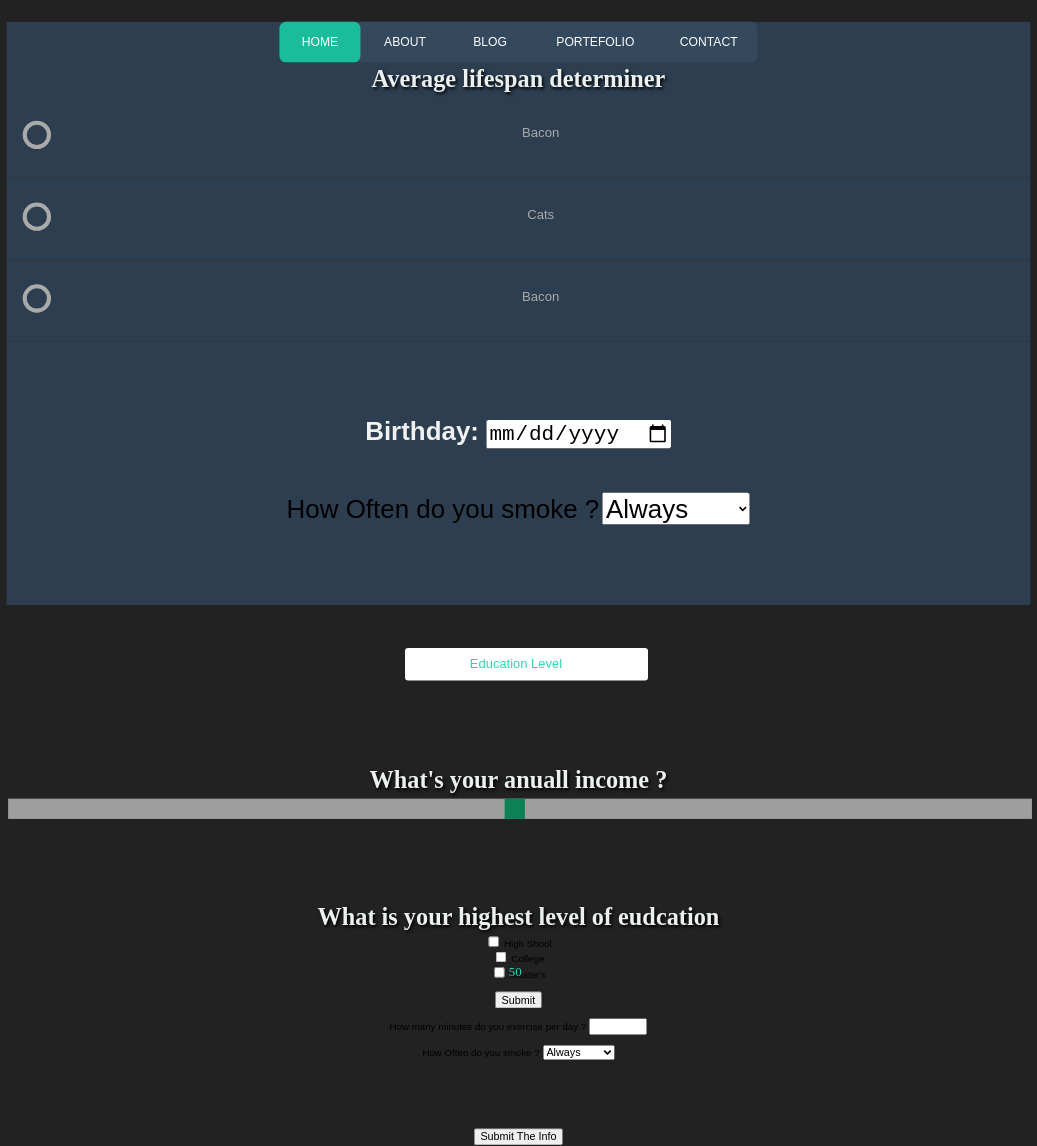
Repository: navid-amini12/capstone-1
Page: wordgame.html
These files come from the project's save history. The page is drawn as it stood at one moment and after the next save; the edit follows.
The browser window is 1280 px wide. The pictures show the whole page, at 81% of full size.

Above is the page before, as saved 2022-06-02 10:32:04.

### wordgame.html


  <link rel="stylesheet" type="text/css" href="Life.css">






<!-- NAVATION STARTING  -->

<nav class ="mynavigation">
  <a href="#">Home</a>
  <a href="#">About</a>
  <a href="#">Blog</a>
  <a href="#">Portefolio</a>
  <a href="#">Contact</a>
  <div class="animation start-home"></div>
</nav>
  <!-- NAVIGATION ENDING -->
    <h1>Average lifespan determiner</h1>









      <div class = "container90">

          <ul>
          <li>
            <input type="radio" id="s-option" name="selector">
            <label for="s-option">Bacon</label>

            <div class="check"><div class="inside"></div></div>
          </li>

          <li>
            <input type="radio" id="t-option" name="selector">
            <label for="t-option">Cats</label>

            <div class="check"><div class="inside"></div></div>
          </li>

          <li>
            <input type="radio" id="s-option" name="selector">
            <label for="s-option">Bacon</label>

            <div class="check"><div class="inside"></div></div>
          </li>
        </ul>
   </div>



   <br> <br> <br>


  <div class = "left"><form action="/action_page.php">
    <label style=" color: #f1f1f1; font-weight: bold; font-size: xx-large;" for="birthday">Birthday: </label>
    <input style = "font-size: xx-large" ;  type="date" id="birthday" name="birthday">

  </form>
 <br> <br> <br>
<label style = "font-size: xx-large" ;   for="cars">How Often do you smoke ?</label>

<select style = "font-size: xx-large" ;    id="questions">
<option value="volvo">Always</option>
<option value="saab">Often</option>
<option value="opel">Sometimes</option>
<option value="audi">Rarely</option>
<option value="audi">Never</option>
</select>
<br><br><br><br><br>












<span class = "optiondesign">
  <form id="app-cover">
  <div id="select-box">
    <input type="checkbox" id="options-view-button">
    <div id="select-button" class="brd">
      <div id="selected-value">
        <span>Education Level</span>
      </div>
      <div id="chevrons">
        <i class="fas fa-chevron-up"></i>
        <i class="fas fa-chevron-down"></i>
      </div>
    </div>
    <div id="options">
      <div class="option">
        <input class="s-c top" type="radio" name="platform" value="codepen">
        <input class="s-c bottom" type="radio" name="platform" value="codepen">
        <i class="fab fa-codepen"></i>
        <span class="label">CodePen</span>
        <span class="opt-val">CodePen</span>
      </div>
      <div class="option">
        <input class="s-c top" type="radio" name="platform" value="dribbble">
        <input class="s-c bottom" type="radio" name="platform" value="dribbble">
        <i class="fab fa-dribbble"></i>
        <span class="label">Dribbble</span>
        <span class="opt-val">Dribbble</span>
      </div>
      <div class="option">
        <input class="s-c top" type="radio" name="platform" value="behance">
        <input class="s-c bottom" type="radio" name="platform" value="behance">
        <i class="fab fa-behance"></i>
        <span class="label">Behance</span>
        <span class="opt-val">Behance</span>
      </div>
      <div class="option">
        <input class="s-c top" type="radio" name="platform" value="hackerrank">
        <input class="s-c bottom" type="radio" name="platform" value="hackerrank">
        <i class="fab fa-hackerrank"></i>
        <span class="label">HackerRank</span>
        <span class="opt-val">HackerRank</span>
      </div>
      <div class="option">
        <input class="s-c top" type="radio" name="platform" value="stackoverflow">
        <input class="s-c bottom" type="radio" name="platform" value="stackoverflow">
        <i class="fab fa-stack-overflow"></i>
        <span class="label">StackOverflow</span>
        <span class="opt-val">StackOverflow</span>
      </div>
      <div class="option">
        <input class="s-c top" type="radio" name="platform" value="freecodecamp">
        <input class="s-c bottom" type="radio" name="platform" value="freecodecamp">
        <i class="fab fa-free-code-camp"></i>
        <span class="label">FreeCodeCamp</span>
        <span class="opt-val">FreeCodeCamp</span>
      </div>
      <div id="option-bg"></div>
    </div>
  </div>
</form>



</span>

















<br><br><br><br><br><br><br><br><br><br><br><br><br><br><br><br><br>
<h1>What's your anuall income ?</h1>

<div class="slidecontainer">
  <input type="range" min="1" max="100" value="50" class="slider" id="myRange">
  <p> <span id="demo"></span></p>
</div>

<br><br><br><br><br><br><br>


<h1>What is your highest level of eudcation</h1>

<form id = "checkbox1">
<input type="checkbox" id="vehicle1" name="vehicle1" value="Bike">
<label for="vehicle1"> High Shool</label><br>
<input type="checkbox" id="vehicle2" name="vehicle2" value="Car">
<label for="vehicle2"> College</label><br>
<input type="checkbox" id="vehicle3" name="vehicle3" value="Boat">
<label for="vehicle3"> Master's</label><br><br>
<input type="submit" value="Submit">
</form>

<form>
  <label for="quantity">How many minutes do you exercise per day ? </label>
  <input type="number" id="quantity" name="quantity" min="0" max="1000">
</form>




<label for="cars">How Often do you smoke ?</label>

<select id="myquestions">
<option value="always">Always</option>
<option value="often">Often</option>
<option value="sometimes">Sometimes</option>
<option value="rarely">Rarely</option>
<option value="never">Never</option>
</select>
<br>
<br>
<br>
<br>


<br>
<br>
<br>
<button id = "submitInfo">Submit The Info</button></div>





<!-- <input id = "submitInfo" type="button" value = "Submit Info" onclick="alert('Submitting INfo');" /></div> -->

  </div>



  <!-- <input id = "submitInfo" type="button" value = "Submit Info" onclick="alert('Submitting INfo');" /> -->


















  <body class="container">
    <ul id="people" class=""></ul>


    <script src="https://unpkg.com/axios/dist/axios.min.js"></script>
    <script>

      document.getElementById("submitInfo").onclick = function () {
        axios
          .get("http://localhost:4000/api/users")
          .then(function (response) {
            var e = document.getElementById("myquestions");
            var strUser = e.options[e.selectedIndex].text;


            var x = document.getElementById("vehicle1").value;





var slider = document.getElementById("myRange");
    var output = document.getElementById("demo");
    output.innerHTML = slider.value;

    slider.oninput = function() {
      output.innerHTML = this.value;
    }


     if (strUser == "Never") {

         alert(x)



       alert( document.getElementById("people").innerHTML = response.data[0] )

    }
          })


          .catch(function (err) {
            document.getElementById("people").innerHTML =
              '<li class="text-danger">' + err.message + "</li>";
          });
      };
    </script>




   <!-- starting js for slider value -->
   <script>
   var slider = document.getElementById("myRange");
    var output = document.getElementById("demo");
    output.innerHTML = slider.value;

    slider.oninput = function() {
      output.innerHTML = this.value;
    }
    </script>
   <!-- ending js for slider value  -->

### Life.css
#demo {
  position: relative;
  top : 525px;
  right: 12px;
}


/* starting of slider */

.slidecontainer {
  width: 100%;
}

.slider {
  -webkit-appearance: none;
  width: 100%;
  height: 25px;
  background: #d3d3d3;
  outline: none;
  opacity: 0.7;
  -webkit-transition: .2s;
  transition: opacity .2s;
}

.slider:hover {
  opacity: 1;
}

.slider::-webkit-slider-thumb {
  -webkit-appearance: none;
  appearance: none;
  width: 25px;
  height: 25px;
  background: #04AA6D;
  cursor: pointer;
}

.slider::-moz-range-thumb {
  width: 25px;
  height: 25px;
  background: #04AA6D;
  cursor: pointer;
}




/* ending of slider */

.optiondesign {



}


* {
  user-select: none;
}

*:focus {
  outline: none;
}

/* html,
body {
  height: 100%;
  min-height: 100%;
} */

/* body {
  font-family: "Segoe UI", Tahoma, Geneva, Verdana, sans-serif;
  padding-bottom: 100px;
  margin: 0;
  background-color: #ebf3f3;
} */

/* .brd {
  border: 1px solid #e2eded;
  border-color: #eaf1f1 #e4eded #dbe7e7 #e4eded;
} */

#info {
  position: absolute;
  top: 0;
  right: 0;
  left: 0;
  color: #2d3667;
  font-size: 16px;
  text-align: center;
  padding: 14px;
  background-color: #f3f9f9;
}

#app-cover {
  position: absolute;
  top: 700px;
  right: 0;
  left: 20px;
  width: 300px;
  height: 42px;
  margin: 100px auto 0 auto;
  z-index: 1;
}

#select-button {
  position: relative;
  height: 16px;
  padding: 12px 14px;
  background-color: #fff;
  border-radius: 4px;
  cursor: pointer;
}

#options-view-button {
  position: absolute;
  top: 0;
  right: 0;
  bottom: 0;
  left: 0;
  width: 100%;
  height: 100%;
  margin: 0;
  opacity: 0;
  cursor: pointer;
  z-index: 3;
}

#selected-value {
  font-size: 16px;
  line-height: 1;
  margin-right: 26px;
}

.option i {
  width: 16px;
  height: 16px;
}

.option,
.label {
  color: #2d3667;
  font-size: 16px;
}

#chevrons {
  position: absolute;
  top: 0;
  right: 0;
  bottom: 0;
  width: 12px;
  padding: 9px 14px;
}

#chevrons i {
  display: block;
  height: 50%;
  color: #d1dede;
  font-size: 12px;
  text-align: right;
}

#options-view-button:checked + #select-button #chevrons i {
  color: #2d3667;
}

.options {
  position: absolute;
  left: 0;
  width: 250px;
}

#options {
  position: absolute;
  top: 42px;
  right: 0;
  left: 0;
  width: 298px;
  margin: 0 auto;
  background-color: #fff;
  border-radius: 4px;
}

#options-view-button:checked ~ #options {
  border: 1px solid #e2eded;
  border-color: #eaf1f1 #e4eded #dbe7e7 #e4eded;
}

.option {
  position: relative;
  line-height: 1;
  transition: 0.3s ease all;
  z-index: 2;
}

.option i {
  position: absolute;
  left: 14px;
  padding: 0;
  display: none;
}

#options-view-button:checked ~ #options .option i {
  display: block;
  padding: 12px 0;
}

.label {
  display: none;
  padding: 0;
  margin-left: 27px;
}

#options-view-button:checked ~ #options .label {
  display: block;
  padding: 12px 14px;
}

.s-c {
  position: absolute;
  left: 0;
  width: 100%;
  height: 50%;
}

.s-c.top {
  top: 0;
}

.s-c.bottom {
  bottom: 0;
}

input[type="radio"] {
  position: absolute;
  right: 0;
  left: 0;
  width: 100%;
  height: 50%;
  margin: 0;
  opacity: 0;
  cursor: pointer;
}

.s-c:hover ~ i {
  color: #fff;
  opacity: 0;
}

.s-c:hover {
  height: 100%;
  z-index: 1;
}

.s-c.bottom:hover + i {
  bottom: -25px;
  animation: moveup 0.3s ease 0.1s forwards;
}

.s-c.top:hover ~ i {
  top: -25px;
  animation: movedown 0.3s ease 0.1s forwards;
}

@keyframes moveup {
  0% {
    bottom: -25px;
    opacity: 0;
  }
  100% {
    bottom: 0;
    opacity: 1;
  }
}

@keyframes movedown {
  0% {
    top: -25px;
    opacity: 0;
  }
  100% {
    top: 0;
    opacity: 1;
  }
}

.label {
  transition: 0.3s ease all;
}

.opt-val {
  position: absolute;
  left: 14px;
  width: 217px;
  height: 21px;
  opacity: 0;
  background-color: #fff;
  transform: scale(0);
}

.option input[type="radio"]:checked ~ .opt-val {
  opacity: 1;
  transform: scale(1);
}

.option input[type="radio"]:checked ~ i {
  top: 0;
  bottom: auto;
  opacity: 1;
  animation: unset;
}

.option input[type="radio"]:checked ~ i,
.option input[type="radio"]:checked ~ .label {
  color: #fff;
}

.option input[type="radio"]:checked ~ .label:before {
  content: "";
  position: absolute;
  top: 0;
  right: 0;
  bottom: 0;
  left: 0;
  z-index: -1;
}

#options-view-button:not(:checked)
  ~ #options
  .option
  input[type="radio"]:checked
  ~ .opt-val {
  top: -30px;
}

.option:nth-child(1) input[type="radio"]:checked ~ .label:before {
  background-color: #000;
  border-radius: 4px 4px 0 0;
}

.option:nth-child(1) input[type="radio"]:checked ~ .opt-val {
  top: -31px;
}

.option:nth-child(2) input[type="radio"]:checked ~ .label:before {
  background-color: #ea4c89;
}

.option:nth-child(2) input[type="radio"]:checked ~ .opt-val {
  top: -71px;
}

.option:nth-child(3) input[type="radio"]:checked ~ .label:before {
  background-color: #0057ff;
}

.option:nth-child(3) input[type="radio"]:checked ~ .opt-val {
  top: -111px;
}

.option:nth-child(4) input[type="radio"]:checked ~ .label:before {
  background-color: #32c766;
}

.option:nth-child(4) input[type="radio"]:checked ~ .opt-val {
  top: -151px;
}

.option:nth-child(5) input[type="radio"]:checked ~ .label:before {
  background-color: #f48024;
}

.option:nth-child(5) input[type="radio"]:checked ~ .opt-val {
  top: -191px;
}

.option:nth-child(6) input[type="radio"]:checked ~ .label:before {
  background-color: #006400;
  border-radius: 0 0 4px 4px;
}

.option:nth-child(6) input[type="radio"]:checked ~ .opt-val {
  top: -231px;
}

.option .fa-codepen {
  color: #000;
}

.option .fa-dribbble {
  color: #ea4c89;
}

.option .fa-behance {
  color: #0057ff;
}

.option .fa-hackerrank {
  color: #32c766;
}

.option .fa-stack-overflow {
  color: #f48024;
}

.option .fa-free-code-camp {
  color: #006400;
}

#option-bg {
  position: absolute;
  top: 0;
  right: 0;
  left: 0;
  height: 40px;
  transition: 0.3s ease all;
  z-index: 1;
  display: none;
}

#options-view-button:checked ~ #options #option-bg {
  display: block;
}

.option:hover .label {
  color: #fff;
}

.option:nth-child(1):hover ~ #option-bg {
  top: 0;
  background-color: #000;
  border-radius: 4px 4px 0 0;
}

.option:nth-child(2):hover ~ #option-bg {
  top: 40px;
  background-color: #ea4c89;
}

.option:nth-child(3):hover ~ #option-bg {
  top: 80px;
  background-color: #0057ff;
}

.option:nth-child(4):hover ~ #option-bg {
  top: 120px;
  background-color: #32c766;
}

.option:nth-child(5):hover ~ #option-bg {
  top: 160px;
  background-color: #f48024;
}

.option:nth-child(6):hover ~ #option-bg {
  top: 200px;
  background-color: #006400;
  border-radius: 0 0 4px 4px;
}







@import url('https://fonts.googleapis.com/css?family=Lato');

body, html{
  height: 100%;
  background: #222222;
	font-family: 'Lato', sans-serif;
}

.container90{
 text-align: center;
}

h2 {
	color: #AAAAAA;
}

.container ul{
  list-style: none;
  margin: 0;
  padding: 0;
	overflow: auto;
}

ul li{
  color: #AAAAAA;
  display: block;
  position: relative;
  float: left;
  width: 100%;
  height: 100px;
	border-bottom: 1px solid #333;
}

ul li input[type=radio]{
  position: absolute;
  visibility: hidden;
}

ul li label{
  display: block;
  position: relative;
  font-weight: 300;
  font-size: 1.35em;
  padding: 25px 25px 25px 80px;
  margin: 10px auto;
  height: 30px;
  z-index: 9;
  cursor: pointer;
  -webkit-transition: all 0.25s linear;
}

ul li:hover label{
	color: #FFFFFF;
}

ul li .check{
  display: block;
  position: absolute;
  border: 5px solid #AAAAAA;
  border-radius: 100%;
  height: 25px;
  width: 25px;
  top: 30px;
  left: 20px;
	z-index: 5;
	transition: border .25s linear;
	-webkit-transition: border .25s linear;
}

ul li:hover .check {
  border: 5px solid #FFFFFF;
}

ul li .check::before {
  display: block;
  position: absolute;
	content: '';
  border-radius: 100%;
  height: 15px;
  width: 15px;
  top: 5px;
	left: 5px;
  margin: auto;
	transition: background 0.25s linear;
	-webkit-transition: background 0.25s linear;
}

input[type=radio]:checked ~ .check {
  border: 5px solid #0DFF92;
}

input[type=radio]:checked ~ .check::before{
  background: #0DFF92;
}

input[type=radio]:checked ~ label{
  color: #0DFF92;
}

.signature {
	margin: 10px auto;
	padding: 10px 0;
	width: 100%;
}

.signature p{
	text-align: center;
	font-family: Helvetica, Arial, Sans-Serif;
	font-size: 0.85em;
	color: #AAAAAA;
}

.signature .much-heart{
	display: inline-block;
	position: relative;
	margin: 0 4px;
	height: 10px;
	width: 10px;
	background: #AC1D3F;
	border-radius: 4px;
	-ms-transform: rotate(45deg);
    -webkit-transform: rotate(45deg);
    transform: rotate(45deg);
}

.signature .much-heart::before,
.signature .much-heart::after {
	  display: block;
  content: '';
  position: absolute;
  margin: auto;
  height: 10px;
  width: 10px;
  border-radius: 5px;
  background: #AC1D3F;
  top: -4px;
}

.signature .much-heart::after {
	bottom: 0;
	top: auto;
	left: -4px;
}

.signature a {
	color: #AAAAAA;
	text-decoration: none;
	font-weight: bold;
}


/* Styles for alert...
by the way it is so weird when you look at your code a couple of years after you wrote it XD */

.alert {
	box-sizing: border-box;
	background-color: #BDFFE1;
	width: 100%;
	position: relative;
	top: 0;
	left: 0;
	z-index: 300;
	padding: 20px 40px;
	color: #333;
}

.alert h2 {
	font-size: 22px;
	color: #232323;
	margin-top: 0;
}

.alert p {
	line-height: 1.6em;
	font-size:18px;
}

.alert a {
	color: #232323;
	font-weight: bold;
}






/* startin of navtation css */

.left {
  margin-top: 50px;
  text-align: center;
}






nav {
  margin: 27px auto 0;

  position: relative;
  width: 590px;
  height: 50px;
  background-color: #34495e;
  border-radius: 8px;
  font-size: 0;
}
nav a {
  line-height: 50px;
  height: 100%;
  font-size: 15px;
  display: inline-block;
  position: relative;
  z-index: 1;
  text-decoration: none;
  text-transform: uppercase;
  text-align: center;
  color: white;
  cursor: pointer;
}
nav .animation {
  position: absolute;
  height: 100%;
  top: 0;
  z-index: 0;
  transition: all .5s ease 0s;
  border-radius: 8px;
}
a:nth-child(1) {
  width: 100px;
}
a:nth-child(2) {
  width: 110px;
}
a:nth-child(3) {
  width: 100px;
}
a:nth-child(4) {
  width: 160px;
}
a:nth-child(5) {
  width: 120px;
}
nav .start-home, a:nth-child(1):hover~.animation {
  width: 100px;
  left: 0;
  background-color: #1abc9c;
}
nav .start-about, a:nth-child(2):hover~.animation {
  width: 110px;
  left: 100px;
  background-color: #e74c3c;
}
nav .start-blog, a:nth-child(3):hover~.animation {
  width: 100px;
  left: 210px;
  background-color: #3498db;
}
nav .start-portefolio, a:nth-child(4):hover~.animation {
  width: 160px;
  left: 310px;
  background-color: #9b59b6;
}
nav .start-contact, a:nth-child(5):hover~.animation {
  width: 120px;
  left: 470px;
  background-color: #e67e22;
}

body {
  font-size: 12px;
  font-family: sans-serif;
  background: #2c3e50;
}
h1 {
  text-align: center;
  margin: 40px 0 40px;
  text-align: center;
  font-size: 30px;
  color: #ecf0f1;
  text-shadow: 2px 2px 4px #000000;
  font-family: 'Cherry Swash', cursive;
}

p {
    position: absolute;
    bottom: 20px;
    width: 100%;
    text-align: center;
    color: #ecf0f1;
    font-family: 'Cherry Swash',cursive;
    font-size: 16px;
}

span {
    color: #2BD6B4;
}




/* Navigation  */

/*
@import url('https://fonts.googleapis.com/css?family=Lobster&display=swap') repeat scroll 0 0 rgba(0, 0, 0 , 0);

body {
  background: #fff;
}

.title {
  font-size: 2.5rem;
  font-family: 'Lobster', cursive;
}

.container {
  animation: scroll 70s linear infinite;
  background: url("https://images.unsplash.com/photo-1465146633011-14f8e0781093?ixlib=rb-1.2.1&ixid=eyJhcHBfaWQiOjEyMDd9&auto=format&fit=crop&w=3450&q=80"), #111111;
  color: #eee;
  height: 100vh;
  min-width: 360px;
  width: 100%;
  display: flex;
  justify-content: center;
  align-items: center;
  perspective: 1000px;
  perspective-origin: 50% 50%;

}

@keyframes scroll {
   100%{
    background-position:0px -3000px;
  }
}

@media (prefers-reduced-motion) {
  .container {
    animation: scroll 200s linear infinite;
  }
}

@media (min-width: 670px) {
  .title {
    font-size: 5rem;
  }
}

#modalContainer {
  background-color:rgba(0, 0, 0, 0.3);
  position:absolute;
  top:0;
  width:100%;
  height:100%;
  left:0px;
  z-index:10000;
  background-image:url(tp.png); /* required by MSIE to prevent actions on lower z-index elements */
}

#alertBox {
  position:relative;
  width:33%;
  min-height:20%;
  max-height:35%;
  margin-top:50px;
  border:1px solid #fff;
  background-color:#fff;
  background-repeat:no-repeat;
  top:30%;
}

#modalContainer > #alertBox {
  position:fixed;
}

#alertBox h1 {
  margin:0;
  font:bold 1em Raleway,arial;
  background-color:#f97352;
  color:#FFF;
  border-bottom:1px solid #f97352;
  padding:10px 0 10px 5px;
}


#alertBox #closeBtn {
  display:block;
  position:relative;
  margin:100px auto 100px auto;
  padding:7px;
  border:0 none;
  width:70px;
  text-transform:uppercase;
  text-align:center;
  color:#FFF;
  background-color:#f97352;
  border-radius: 0px;
  text-decoration:none;
  outline:0!important;
}

/* unrelated styles */

#mContainer {
  position:relative;
  width:600px;
  margin:auto;
  padding:5px;
  border-top:2px solid #fff;
  border-bottom:2px solid #fff;
}

h1,h2 {
  margin:0;
  padding:4px;
}

code {
  font-size:1.2em;
  color:#069;
}

#credits {
  position:relative;
  margin:25px auto 0px auto;
  width:350px;
  font:0.7em verdana;
  border-top:1px solid #000;
  border-bottom:1px solid #000;
  height:90px;
  padding-top:4px;
}

#credits img {
  float:left;
  margin:5px 10px 5px 0px;
  border:1px solid #000000;
  width:80px;
  height:79px;
}

.important {
  background-color:#F5FCC8;
  padding:2px;

}

@media (max-width: 600px)
{
  #alertBox {
  position:relative;
  width:90%;
  top:30%;
}


 */

After the next save:
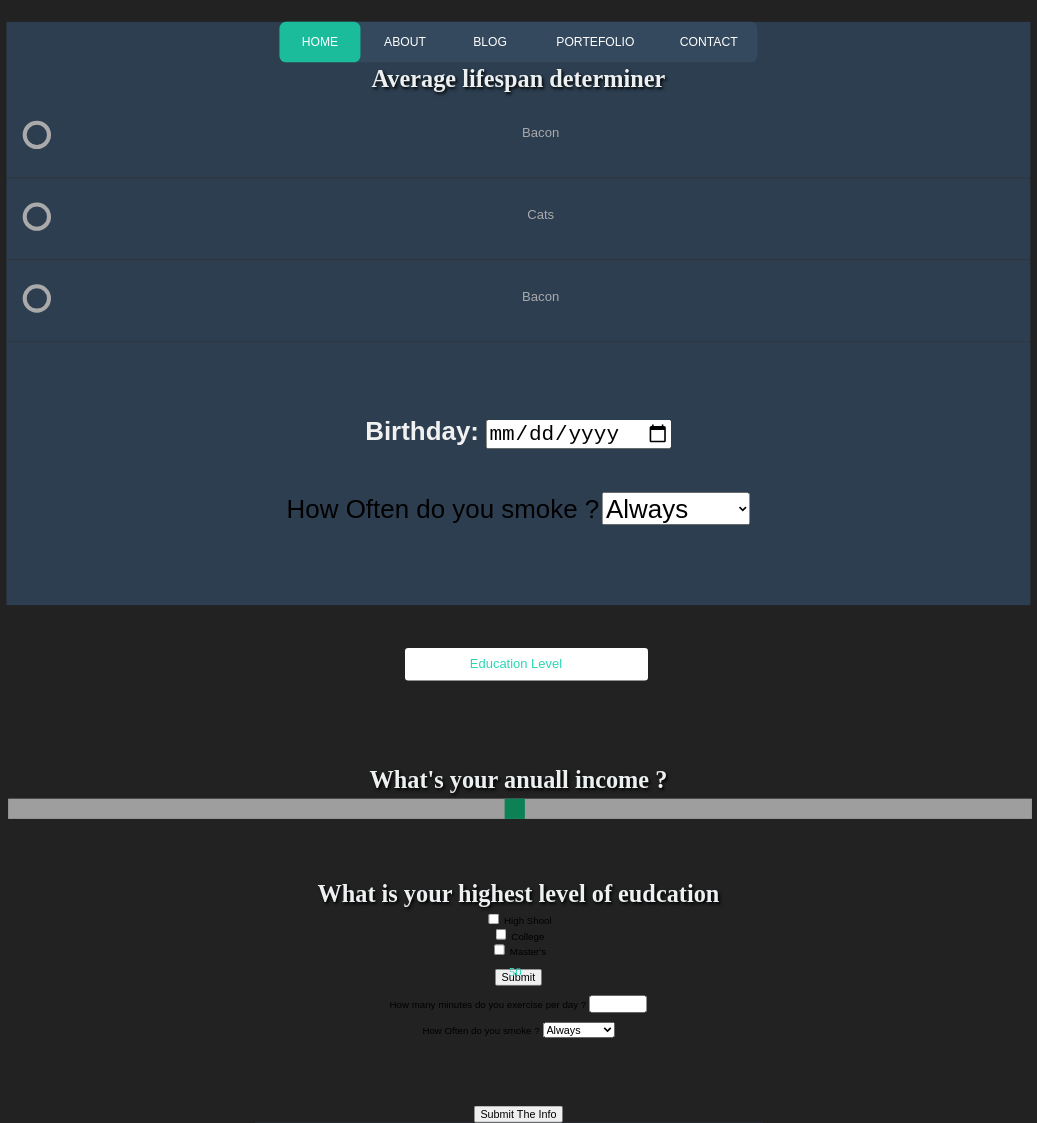
Saved 6 s later.
--- a/wordgame.html
+++ b/wordgame.html
@@ -176,7 +176,7 @@
   <p> <span id="demo"></span></p>
 </div>
 
-<br><br><br><br><br><br><br>
+<br><br><br><br><br>
 
 
 <h1>What is your highest level of eudcation</h1>
